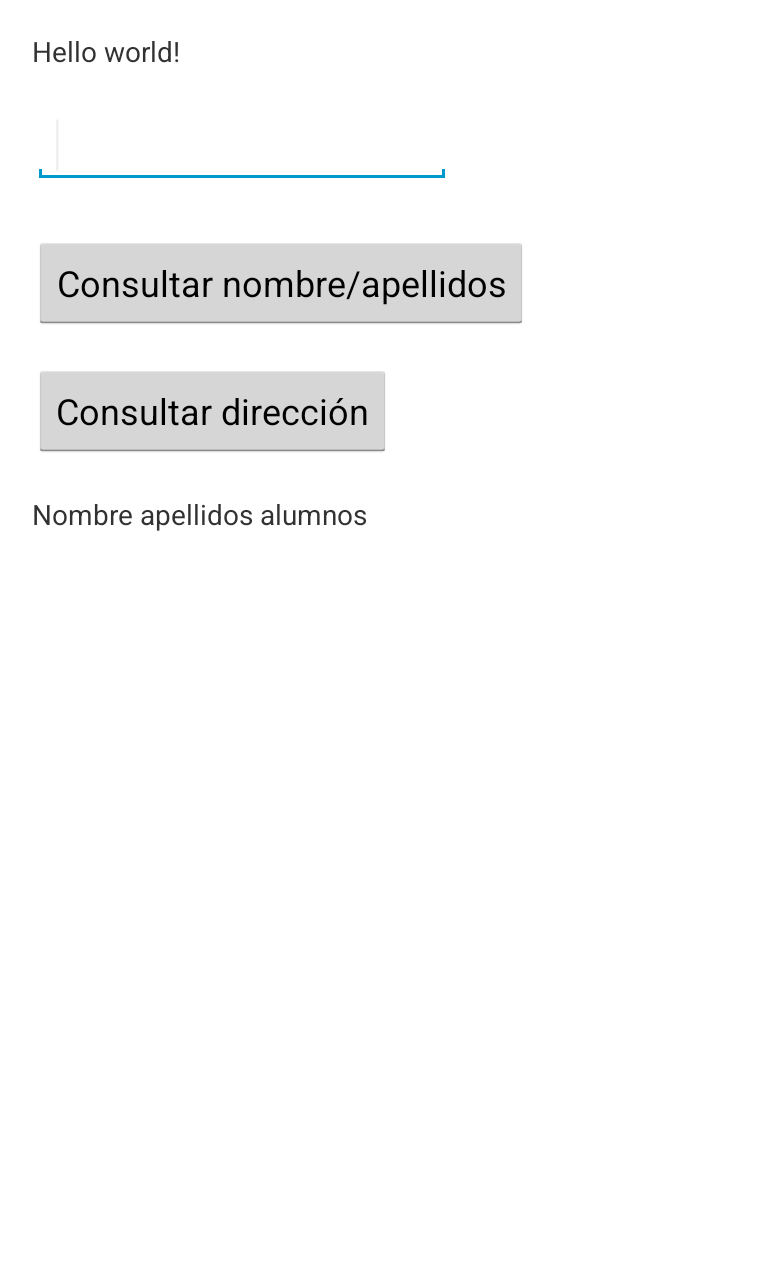
Repository: paullfull21/pmdm
Layout: ConsultaAlumno/res/layout/activity_main.xml
These files come from the project's save history. The layout is drawn as it stood at one moment and after the next save; the edit follows.
It is drawn on a 768 x 1280 px phone screen (xhdpi) without system bars, with theme AppTheme; the app's code is not run.

Above is the layout before, as saved 2013-10-16 12:45:52.

After the next save:
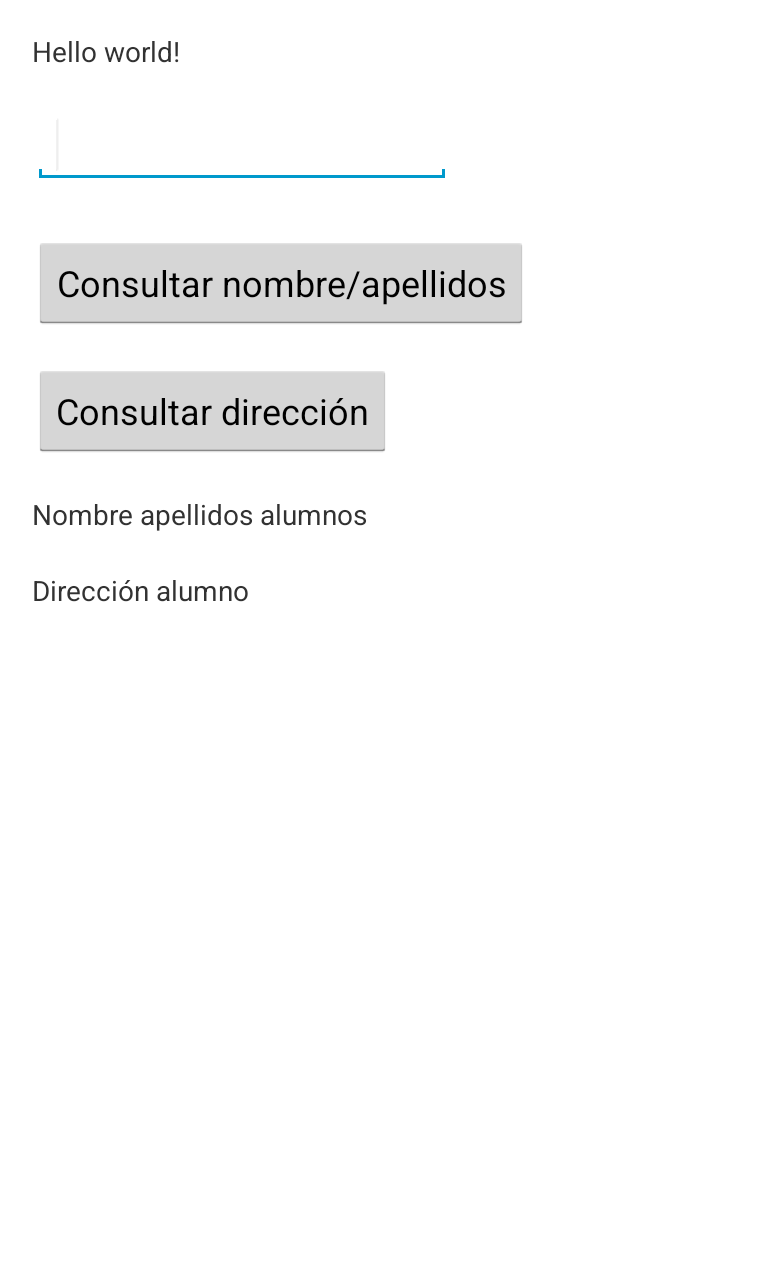
Saved 12 s later.
--- a/ConsultaAlumno/res/layout/activity_main.xml
+++ b/ConsultaAlumno/res/layout/activity_main.xml
@@ -54,4 +54,13 @@
         android:layout_marginTop="18dp"
         android:text="Nombre apellidos alumnos" />
 
+    <TextView
+        android:id="@+id/textView3"
+        android:layout_width="wrap_content"
+        android:layout_height="wrap_content"
+        android:layout_alignLeft="@+id/textView2"
+        android:layout_below="@+id/textView2"
+        android:layout_marginTop="19dp"
+        android:text="Dirección alumno" />
+
 </RelativeLayout>
